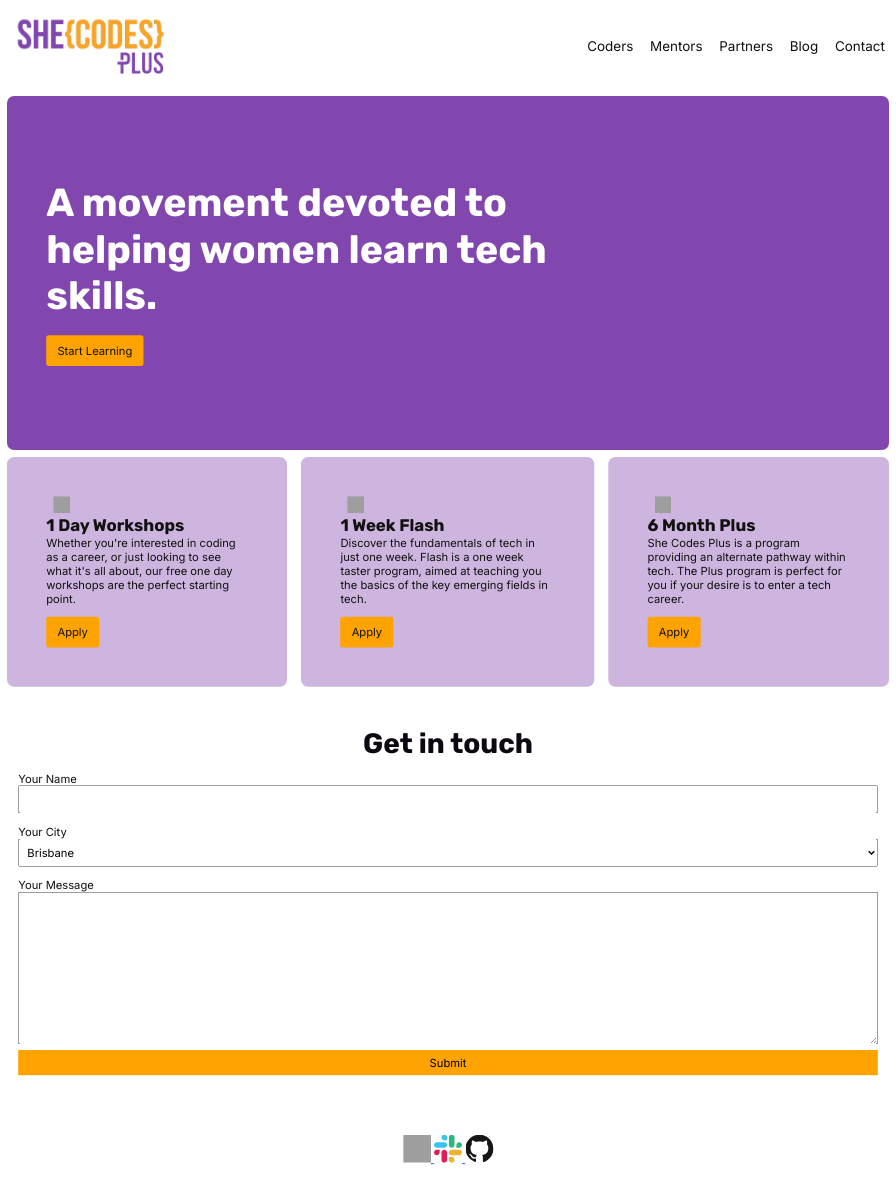
Repository: devashrisamani/website_shecodes_week1
Page: index.html
An editor plug-in stored every save of this project. The page is shown before and after the next save, followed by the edit.
The browser window is 1280 px wide. The pictures show the whole page, at 70% of full size.
Pictures or frames that could not be fetched are drawn as grey boxes.

Above is the page before, as saved 2025-09-20 11:44:37.

After the next save:
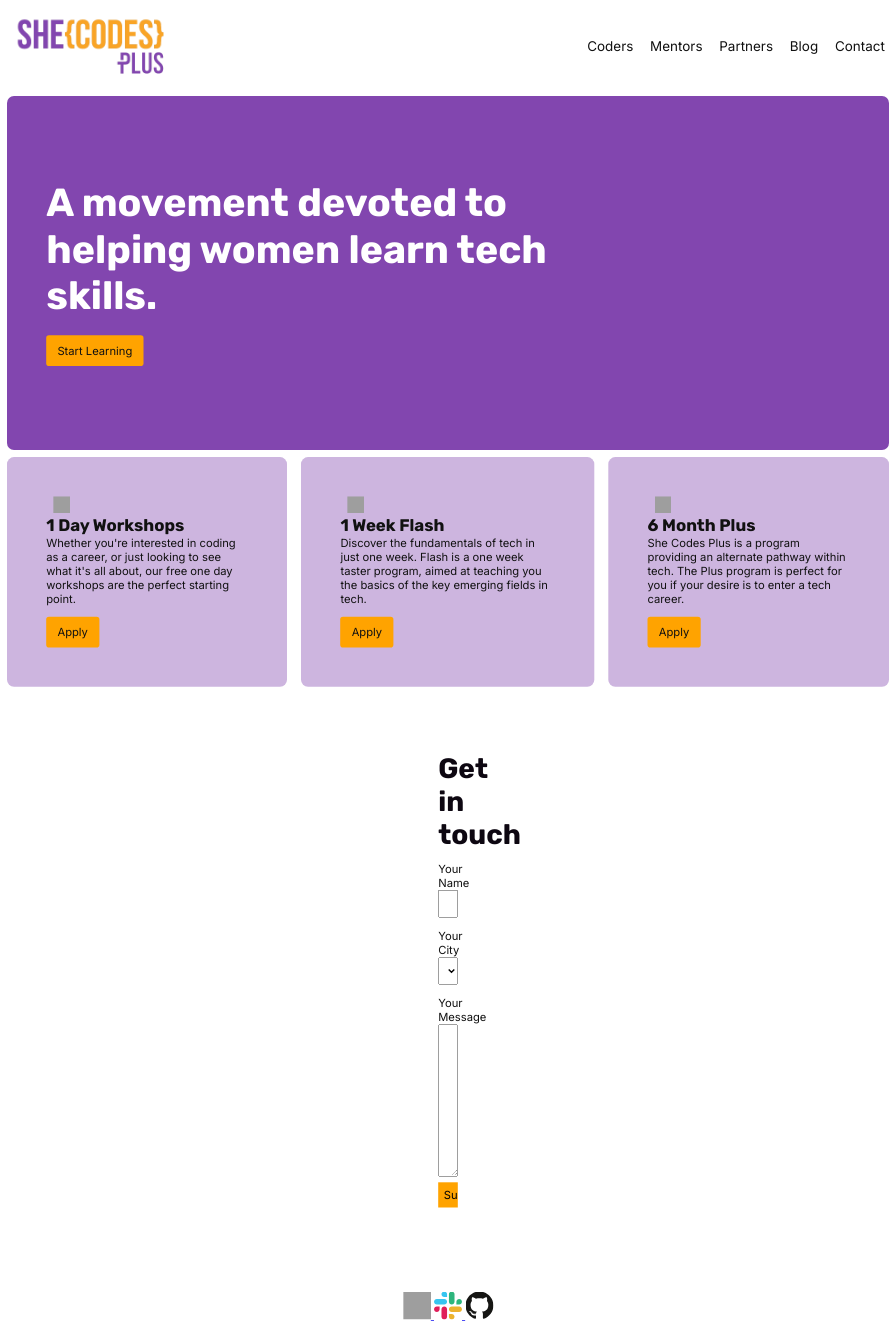
Saved 80 s later.
--- a/style.css
+++ b/style.css
@@ -287,7 +287,13 @@
     text-align: center;
     font-size: 2.5rem;
   }
-}
+
+  .contact-form {
+    max-width: 60px;
+    margin: 40px auto;
+  }
+}
+
 /* footer */
 footer {
   padding: 16px;
